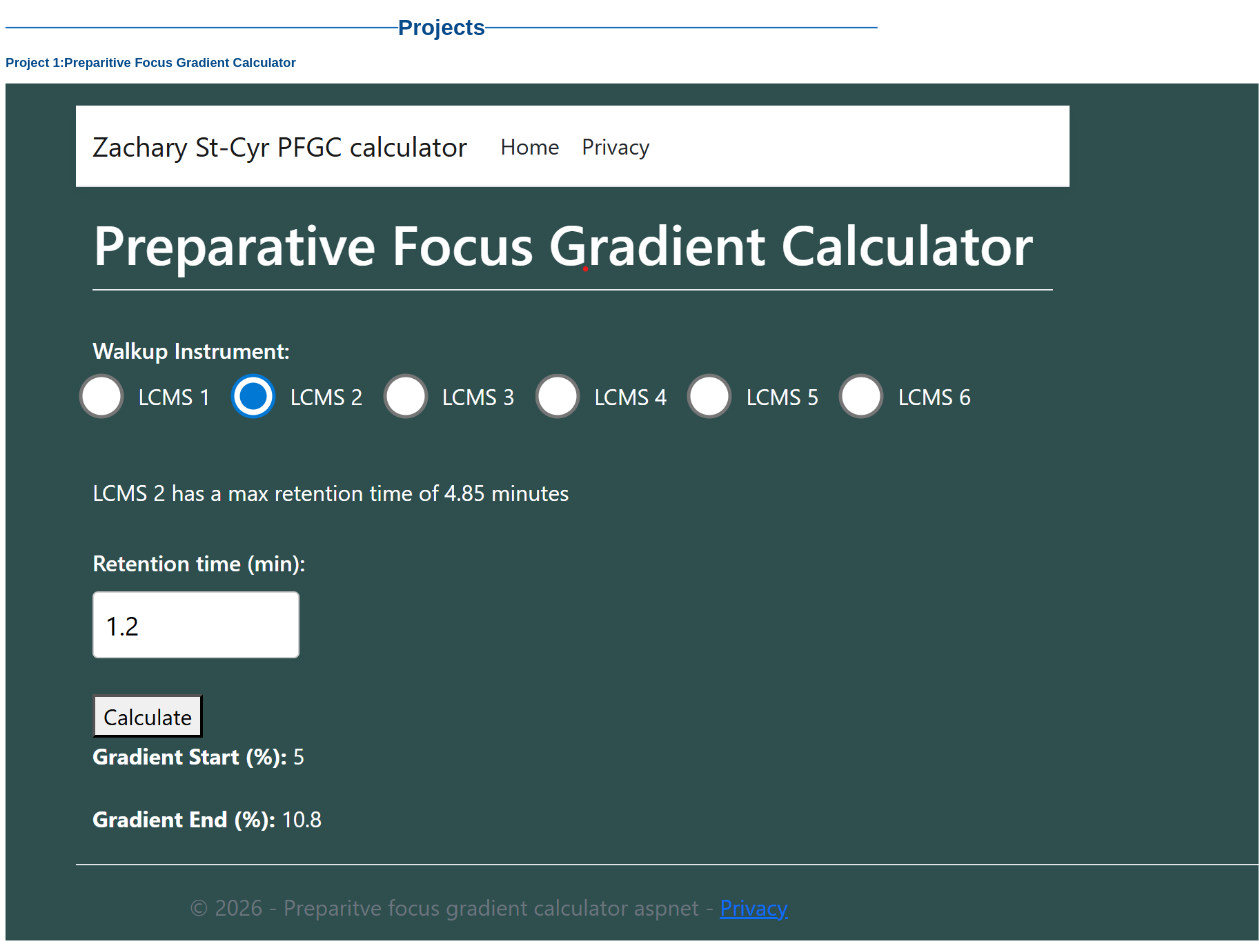
Repository: zackaroo20/zackaroo20
Page: pages/projects.html
An editor plug-in stored every save of this project. The page is shown before and after the next save, followed by the edit.
The browser window is 1280 px wide. The page is 1824 px wide, then 1280 px, so the pictures cover 1824 px, including what lies to the right of the window. The pictures show the whole page, at 69% of full size.

Above is the page before, as saved 2026-05-14 15:46:32.

### pages/projects.html
<!DOCTYPE html>
<html lang="en">
<head>
    <meta charset="UTF-8">
    <meta name="viewport" content="width=device-width, initial-scale=1.0">
    <title>Document</title>
    <link rel="stylesheet" href="/styles/pages.css"/>
</head>
<Header>

    <style>
        h1 {
            display: flex;
            flex-direction: row;
        }

        h1:before,
        h1:after {
            content: "";
            flex: 1 1;
            border-bottom: 2px solid #166ab8;
            margin: auto;
        }


        /* https://www.geeksforgeeks.org/css/how-to-make-horizontal-line-with-words-in-the-middle-using-css/ */
    </style>

</Header>
<body>
    <h1>Projects</h1>
<h3>Project 1:Preparitive Focus Gradient Calculator</h3>
<img alt="pfgc" src="/assets/Project1.png">
</body>
</html>

### styles/pages.css
h1{
    display: flex;
    justify-content: center;
    font-family: Arial, Helvetica, sans-serif;
    color: #084c8b;

}

h3{

    font-family: Arial, Helvetica, sans-serif;
    color: #084c8b;
}
img{


}

After the next save:
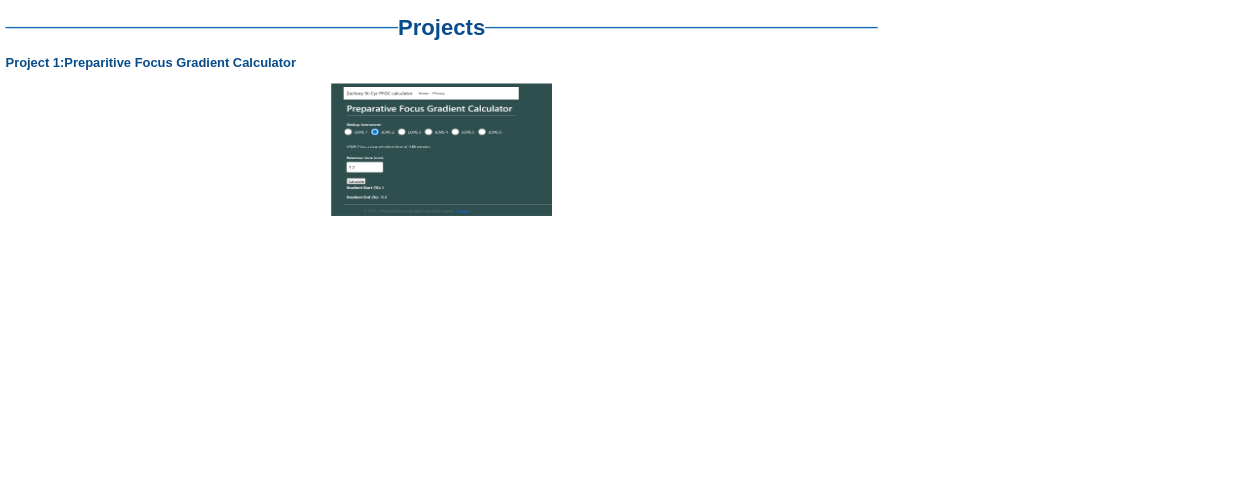
Saved 52 s later.
--- a/styles/pages.css
+++ b/styles/pages.css
@@ -12,6 +12,10 @@
     color: #084c8b;
 }
 img{
-
+    display: flex;
+    justify-content: center;
+    width: 20rem;
+    height: 12rem;
+    margin: auto;
 
 }
